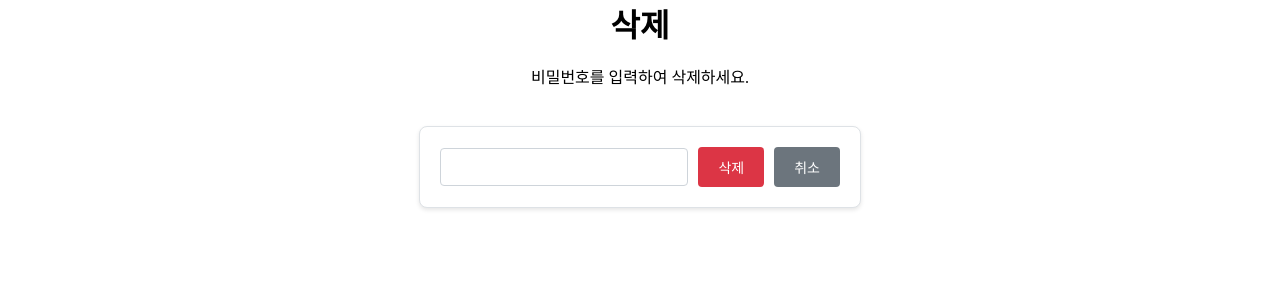
Repository: 1plus1equals3-true/Board-temp
Page: http://localhost/jsp/board/delete.jsp
An editor plug-in stored every save of this project. The page is shown before and after the next save, followed by the edit.
The browser window is 1280 px wide. The pictures show the whole page.
The page is served by Tomcat 9. Other server files are loaded and not shown.

Above is the page before, as saved 2025-09-10 01:52:00.

### jsp/src/main/webapp/board/delete.jsp
<%@ page language="java" contentType="text/html; charset=UTF-8"
    pageEncoding="UTF-8"%>
<!DOCTYPE html>
<html>
<head>
<meta charset="UTF-8">
<title>삭제</title>
<style>
*{
	margin: 0 auto;
	padding: 0;
	text-align: center;
}
.delete-form {
    display: flex;
    justify-content: center;
    align-items: center;
    gap: 10px;
    padding: 20px;
    margin: 20px auto;
    max-width: 400px;
    background-color: #fff;
    border: 1px solid #dee2e6;
    border-radius: 8px;
    box-shadow: 0 2px 4px rgba(0, 0, 0, 0.1);
}

.delete-form input[type="password"] {
    flex-grow: 1;
    padding: 10px 12px;
    border: 1px solid #ced4da;
    border-radius: 4px;
    font-size: 14px;
    box-sizing: border-box;
}

.delete-form input[type="submit"],
.delete-form .btn-cancel {
    padding: 10px 20px;
    border: none;
    border-radius: 4px;
    font-size: 14px;
    cursor: pointer;
    transition: background-color 0.3s ease;
}

.delete-form input[type="submit"] {
    background-color: #dc3545; /* 삭제 버튼 색상 (빨강) */
    color: white;
}

.delete-form input[type="submit"]:hover {
    background-color: #c82333;
}

.delete-form .btn-cancel {
    background-color: #6c757d; /* 취소 버튼 색상 (회색) */
    color: white;
}

.delete-form .btn-cancel:hover {
    background-color: #5a6268;
}

.delete-form a {
    text-decoration: none;
}
</style>
</head>
<body>
<%
String idx = request.getParameter("idx");


%>
<h1>삭제</h1><br>
<p class="delete-message">비밀번호를 입력하여 삭제하세요.</p><br>
<form action="delete_proc.jsp?idx=<%= idx %>" method="post" class="delete-form">
	<input type="password" name="delpass">
	<input type="submit" value="삭제">
	<a href="view.jsp?idx=<%= idx %>"><button type="button" class="btn-cancel">취소</button></a>
</form>


</body>
</html>

After the next save:
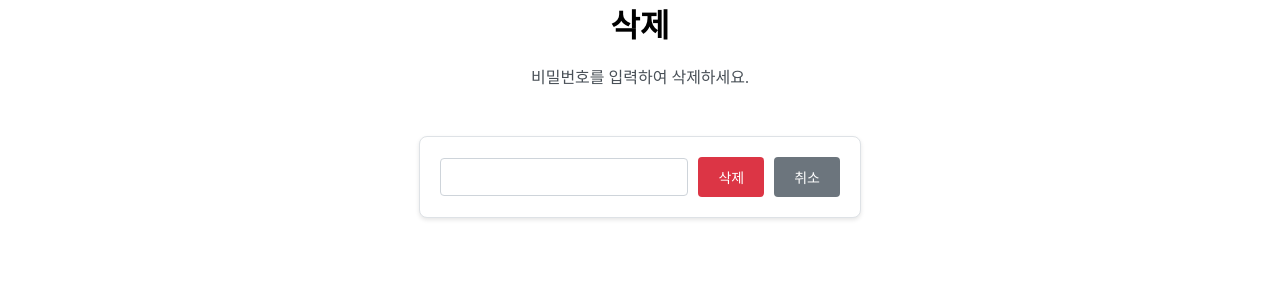
Saved 7 s later.
--- a/jsp/src/main/webapp/board/delete.jsp
+++ b/jsp/src/main/webapp/board/delete.jsp
@@ -65,6 +65,12 @@
 .delete-form a {
     text-decoration: none;
 }
+.delete-message {
+    text-align: center;
+    font-size: 16px;
+    color: #495057;
+    margin-bottom: 10px;
+}
 </style>
 </head>
 <body>
